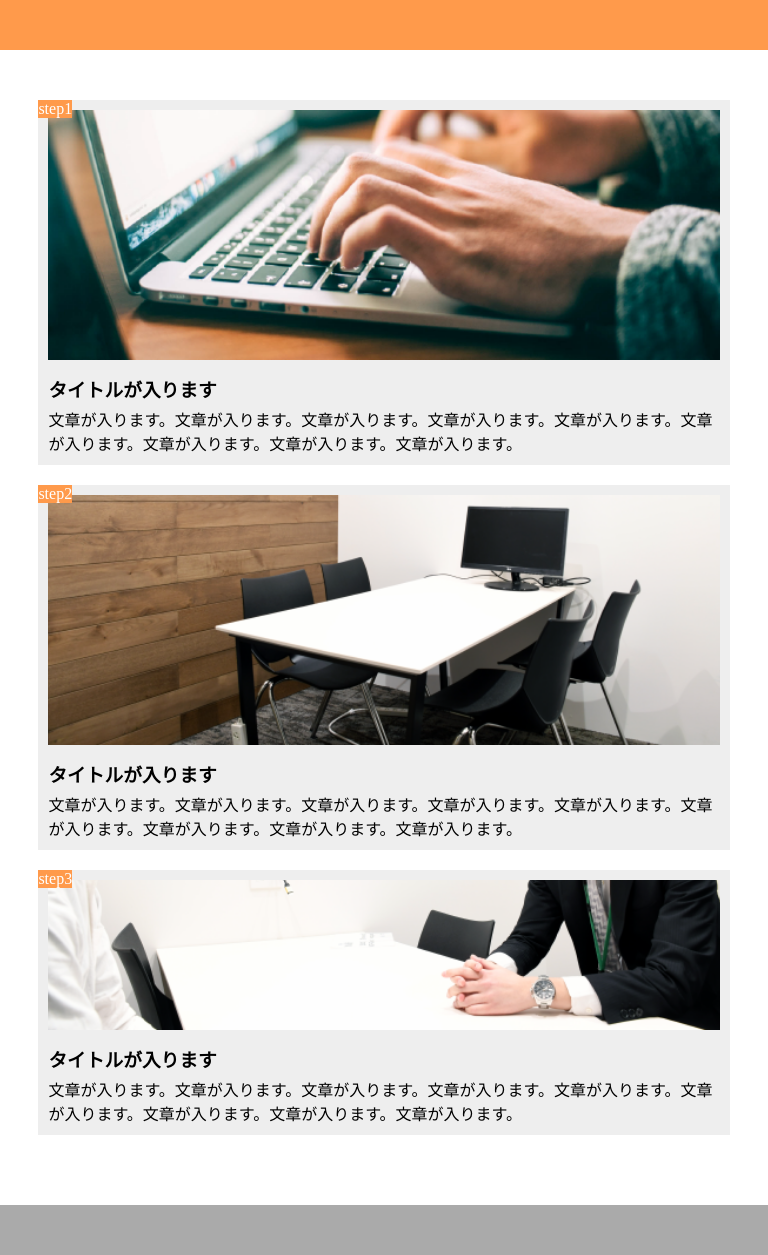
Repository: karei2640/dmm-webcanp
Page: ９章演習/９章演習.html
The author's editor kept a record of every edit. The page is drawn from the files as they stood at one moment, then again after the next edit.
The browser window is 768 px wide. The pictures show the whole page.

Above is the page before.

### ９章演習/９章演習.html
<html lang="ja">
  <head>
    <meta charset="UTF-8" />
   <meta name="viewport" content="width=device-width,initial-scale=1.0">
    <title>9章演習</title>
    <link rel="stylesheet" href="９章演習.css" />
  </head>
  <body>
    <header></header>
    <main>
      <div class="step-box">
        <div class="step-img1"></div>
        <span class="step-num">step1</span>
        <h3 class="title">タイトルが入ります</h3>
        <p class="text">
          文章が入ります。文章が入ります。文章が入ります。文章が入ります。文章が入ります。文章が入ります。文章が入ります。文章が入ります。文章が入ります。
        </p>
      </div>

      <div class="step-box">
        <div class="step-img2"></div>
        <span class="step-num">step2</span>
        <h3 class="title">タイトルが入ります</h3>
        <p class="text">
          文章が入ります。文章が入ります。文章が入ります。文章が入ります。文章が入ります。文章が入ります。文章が入ります。文章が入ります。文章が入ります。
        </p>
      </div>

      <div class="step-box">
        <div class="step-img3"></div>
        <span class="step-num">step3</span>
        <h3 class="title">タイトルが入ります</h3>
        <p class="text">
          文章が入ります。文章が入ります。文章が入ります。文章が入ります。文章が入ります。文章が入ります。文章が入ります。文章が入ります。文章が入ります。
        </p>
      </div>
    </main>
    <footer></footer>
  </body>
</html>

### ９章演習/９章演習.css
*{
  box-sizing: border-box;
  margin: 0;
  padding: 0;
}

header {
  height: 50px;
  background-color: #ff9a4b;
}

main {
  width: 960px;
  margin: 50px auto;
  display: inline-block;
}

.step-box {
  width: 300px;
  margin-right: 30px;
  padding: 10px;
  position: relative;
  background-color: #eee;
}

.step-box:last-child {
  margin-right: 0;
}

.step-img1 {
  height: 150px;
  background-image: url(img/flow01.png);
  background-position: bottom;
  background-size: cover;
}

.step-img2 {
  height: 150px;
  background-image: url(img/flow02.png);
  background-position: bottom;
  background-size: cover;
}

.step-img3 {
  height: 150px;
  background-image: url(img/flow03.png);
  background-position: bottom;
  background-size: cover;
}

.step-num {
  position: absolute;
  top: 0;
  left: 0;
  background-color: #ff9a4b;
  color: #fff;
}

.title {
  margin: 15px 0 5px;
}

footer {
  height: 50px;
  background-color: #aaa;
}


@media screen and (max-width: 768px) {
    main{
        width: 100%;
    }
.step-box{
    width:90%;
    margin-left: 5%;
    margin-right: 5%;
    margin-bottom: 20px;
}
.step-img1 {
    height: 250px;
}
    .step-img2 {
    height: 250px;
}

}

After the next edit:
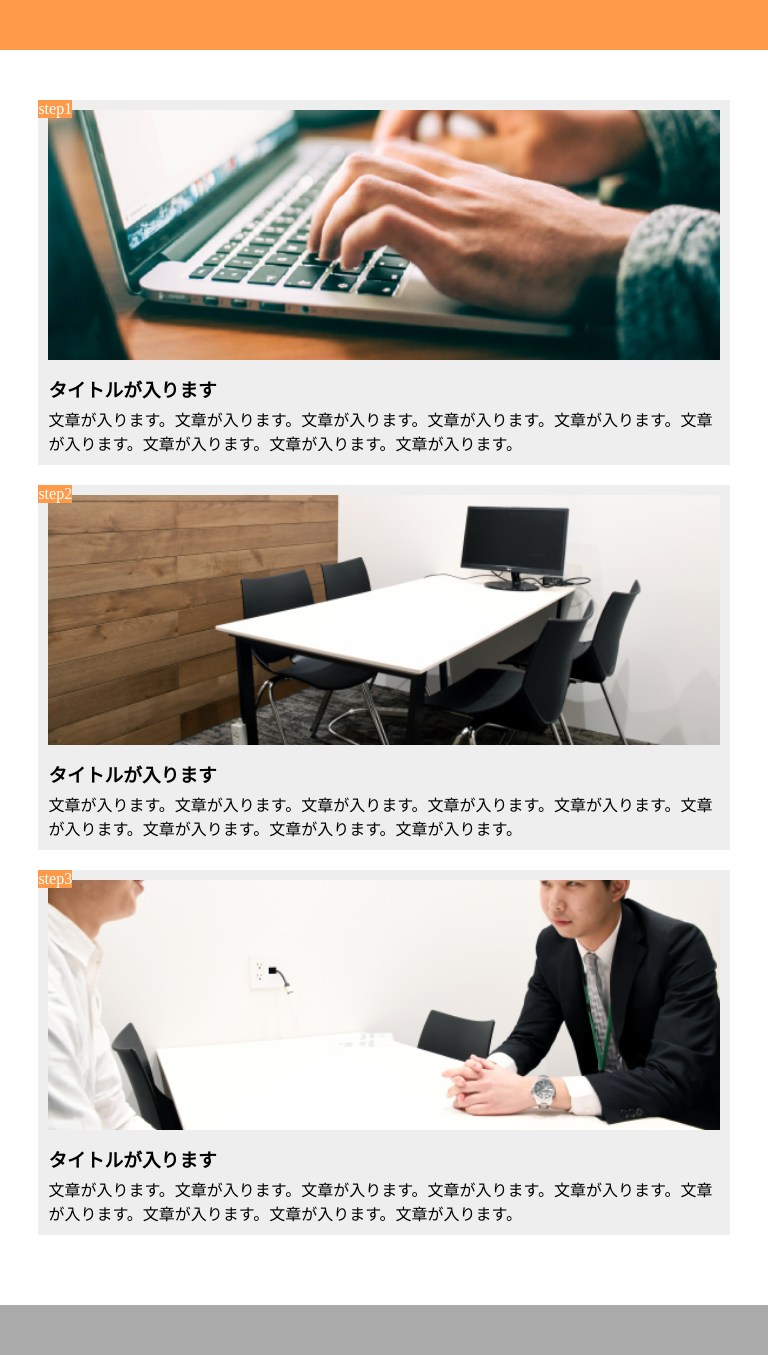
The edit:
--- a/９章演習/９章演習.css
+++ b/９章演習/９章演習.css
@@ -82,5 +82,8 @@
     .step-img2 {
     height: 250px;
 }
+    .step-img3 {
+    height: 250px;
+}
 
 }
